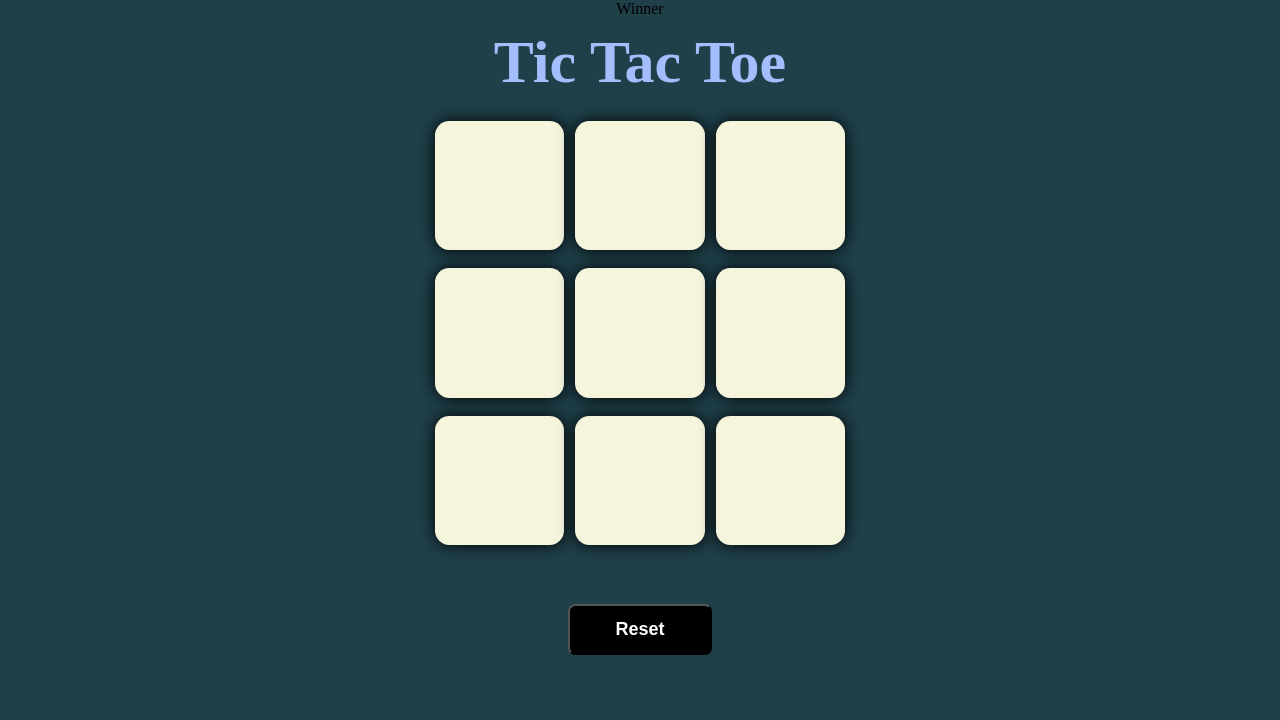
Repository: AreezAnsari/Tic-Tac-Toe
Page: Game/Game.html
An editor plug-in stored every save of this project. The page is shown before and after the next save, followed by the edit.
The browser window is 1280 px wide. The pictures show the whole page.

Above is the page before, as saved 2025-06-01 15:29:28.
Console error: TypeError: box.addEventListener is not a function

After the next save:
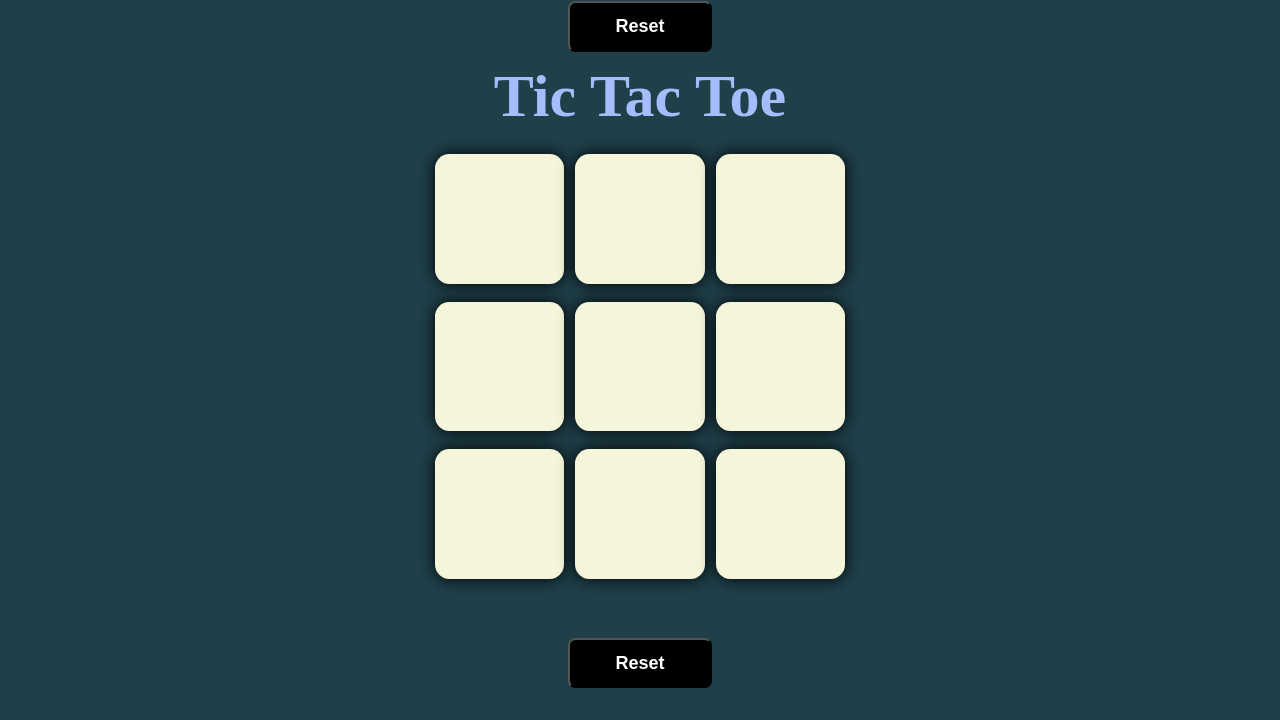
Saved 31 s later.
--- a/Game/Game.html
+++ b/Game/Game.html
@@ -9,6 +9,7 @@
 <body>
     <div class="msg-container">
         <p class="msg">Winner</p>
+        <button class="reset-btn">Reset</button>
     </div>
     <main>
         <h1>Tic Tac Toe</h1>
